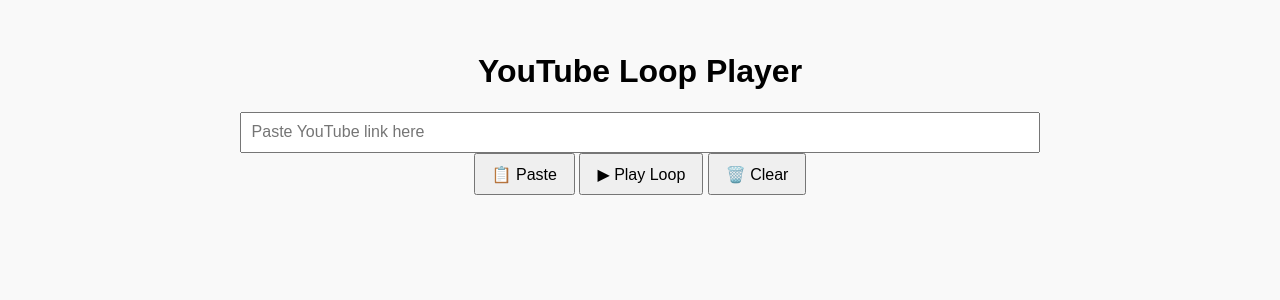
Repository: woojooin/youtubeloop
Page: index.html
An editor plug-in stored every save of this project. The page is shown before and after the next save, followed by the edit.
The browser window is 1280 px wide. The pictures show the whole page.

Above is the page before, as saved 2025-07-07 18:46:06.

### index.html
<!DOCTYPE html>
<html lang="en">

<head>
  <meta charset="UTF-8" />
  <meta name="viewport" content="width=device-width, initial-scale=1.0" />
  <title>YouTube Loop</title>
  <style>
    body {
      font-family: sans-serif;
      text-align: center;
      padding: 2rem;
      margin: 0;
      background: #f9f9f9;
    }

    .container {
      max-width: 800px;
      margin: auto;
    }

    .input-row {
      display: flex;
      justify-content: center;
      gap: 0.5rem;
      flex-wrap: wrap;
    }

    input {
      flex: 1 1 60%;
      min-width: 200px;
      padding: 0.6rem;
      font-size: 1rem;
    }

    button {
      flex: 0 0 auto;
      padding: 0.6rem 1rem;
      font-size: 1rem;
    }

    iframe {
      margin-top: 1.5rem;
      width: 100%;
      aspect-ratio: 16 / 9;
      border: none;
    }
  </style>
</head>

<body>
  <div class="container">
    <h1>YouTube Loop Player</h1>

    <div class="input-row">
      <input type="text" id="ytUrl" placeholder="Paste YouTube link here" onkeypress="handleEnter(event)" />
    </div>

    <div class="button-row">
      <button onclick="pasteFromClipboard()">📋 Paste</button>
      <button onclick="handleLoop()">▶ Play Loop</button>
      <button onclick="clearInput()">🗑️ Clear</button>
    </div>

    <div id="playerContainer"></div>
  </div>

  <script>
    let currentVideoId = null;

    function extractVideoId(url) {
      try {
        const parsed = new URL(url);
        if (parsed.hostname.includes('youtu.be')) {
          return parsed.pathname.slice(1);
        }
        return parsed.searchParams.get('v');
      } catch {
        return null;
      }
    }

    function playVideo(videoId) {
      currentVideoId = videoId;

      // Show loading state
      const container = document.getElementById('playerContainer');
      container.innerHTML = `
        <div style="padding: 2rem; text-align: center; margin-top: 1rem;">
          <div style="display: inline-block; width: 40px; height: 40px; border: 4px solid #f3f3f3; border-top: 4px solid #007bff; border-radius: 50%; animation: spin 1s linear infinite;"></div>
          <p style="margin-top: 1rem;">동영상을 로딩 중...</p>
        </div>
        <style>
          @keyframes spin {
            0% { transform: rotate(0deg); }
            100% { transform: rotate(360deg); }
          }
        </style>
      `;

      // Create iframe with sound and autoplay directly
      const embedUrl = `https://www.youtube.com/embed/${videoId}?autoplay=1&loop=1&playlist=${videoId}`;

      const iframe = document.createElement('iframe');
      iframe.src = embedUrl;
      iframe.allow = "autoplay; encrypted-media";
      iframe.allowFullscreen = true;
      iframe.style.width = '100%';
      iframe.style.aspectRatio = '16 / 9';
      iframe.style.border = 'none';
      iframe.style.marginTop = '1.5rem';

      // Clear loading and add iframe
      container.innerHTML = '';
      container.appendChild(iframe);

      // Add mute/unmute button for mobile
      const audioButton = document.createElement('div');
      audioButton.style.cssText = 'text-align: center; margin-top: 1rem;';
      audioButton.innerHTML = `
        <button id="audioToggleBtn" onclick="toggleMute('${videoId}')"
                style="padding: 0.8rem 1.5rem; background: transparent; color: #dc3545; border: 2px solid #dc3545; border-radius: 6px; cursor: pointer; font-size: 0.9rem; font-weight: bold; transition: all 0.2s ease;">
          🔇 Sound OFF
        </button>
      `;
      container.appendChild(audioButton);

      // Always add ListenOnRepeat button
      const redirectButton = document.createElement('div');
      redirectButton.style.cssText = 'text-align: center; margin-top: 0.5rem;';
      redirectButton.innerHTML = `
        <button onclick="redirectToListenOnRepeat('${videoId}')"
                style="padding: 0.8rem 1.5rem; background: transparent; color: #007bff; border: 2px solid #007bff; border-radius: 6px; cursor: pointer; font-size: 0.9rem; font-weight: bold; transition: all 0.2s ease;">
          🔗 Try with ListenOnRepeat
        </button>
      `;
      container.appendChild(redirectButton);

      // Check for 'Video unavailable' message
      setTimeout(() => {
        try {
          const iframeDoc = iframe.contentDocument || iframe.contentWindow.document;
          if (iframeDoc && iframeDoc.body) {
            const bodyText = iframeDoc.body.textContent || iframeDoc.body.innerText || '';
            if (bodyText.includes('Video unavailable')) {
              console.log('Video unavailable detected, redirecting to ListenOnRepeat');
              redirectToListenOnRepeat(videoId);
            }
          }
        } catch (e) {
          // CORS error, but continue - video might be working
          console.log('CORS error during check, but video might be working');
        }
      }, 3000);
    }

    function toggleAudio(videoId) {
      // Create a new iframe without mute parameter
      const embedUrl = `https://www.youtube.com/embed/${videoId}?autoplay=1&loop=1&playlist=${videoId}`;

      const iframe = document.createElement('iframe');
      iframe.src = embedUrl;
      iframe.allow = "autoplay; encrypted-media";
      iframe.allowFullscreen = true;
      iframe.style.width = '100%';
      iframe.style.aspectRatio = '16 / 9';
      iframe.style.border = 'none';
      iframe.style.marginTop = '1.5rem';

      // Replace the current iframe
      const container = document.getElementById('playerContainer');
      const currentIframe = container.querySelector('iframe');
      if (currentIframe) {
        container.replaceChild(iframe, currentIframe);
      }

      // Update the button text and onclick - toggle to OFF
      const audioButton = document.getElementById('audioToggleBtn');
      if (audioButton) {
        audioButton.innerHTML = '🔇 Sound OFF';
        audioButton.style.color = '#dc3545';
        audioButton.style.borderColor = '#dc3545';
        audioButton.onclick = () => toggleMute(videoId);
      }
    }

    function toggleMute(videoId) {
      // Create a new iframe with mute parameter
      const embedUrl = `https://www.youtube.com/embed/${videoId}?autoplay=1&mute=1&loop=1&playlist=${videoId}`;

      const iframe = document.createElement('iframe');
      iframe.src = embedUrl;
      iframe.allow = "autoplay; encrypted-media";
      iframe.allowFullscreen = true;
      iframe.style.width = '100%';
      iframe.style.aspectRatio = '16 / 9';
      iframe.style.border = 'none';
      iframe.style.marginTop = '1.5rem';

      // Replace the current iframe
      const container = document.getElementById('playerContainer');
      const currentIframe = container.querySelector('iframe');
      if (currentIframe) {
        container.replaceChild(iframe, currentIframe);
      }

      // Update the button text and onclick - toggle to ON
      const audioButton = document.getElementById('audioToggleBtn');
      if (audioButton) {
        audioButton.innerHTML = '🔊 Sound ON';
        audioButton.style.color = '#28a745';
        audioButton.style.borderColor = '#28a745';
        audioButton.onclick = () => toggleAudio(videoId);
      }
    }

    function redirectToListenOnRepeat(videoId) {
      const url = `https://listenonrepeat.com/watch?v=${videoId}&autoplay=1`;
      window.location.href = url;
    }

    function handleLoop() {
      const url = document.getElementById('ytUrl').value.trim();
      handleLoopFromUrl(url);
    }

    function handleLoopFromUrl(url) {
      const videoId = extractVideoId(url);
      if (!videoId) {
        alert("Invalid YouTube URL");
        return;
      }

      playVideo(videoId);
    }

    function handleEnter(event) {
      if (event.key === "Enter") {
        handleLoop();
      }
    }

    function clearInput() {
      document.getElementById('ytUrl').value = '';
      document.getElementById('playerContainer').innerHTML = '';
      currentVideoId = null;
    }

    async function pasteFromClipboard() {
      try {
        const clipboardText = await navigator.clipboard.readText();
        if (clipboardText && extractVideoId(clipboardText)) {
          document.getElementById('ytUrl').value = clipboardText;
        } else {
          alert('클립보드에 유효한 YouTube 링크가 없습니다.');
        }
      } catch (error) {
        alert('클립보드에 접근할 수 없습니다. 수동으로 붙여넣기 해주세요.');
        console.log('Clipboard access denied:', error);
      }
    }

    window.onload = () => {
      const paramUrl = new URLSearchParams(window.location.search).get('url');
      if (paramUrl) {
        document.getElementById('ytUrl').value = paramUrl;
        handleLoopFromUrl(paramUrl);
      }
    };
  </script>
</body>

</html>

After the next save:
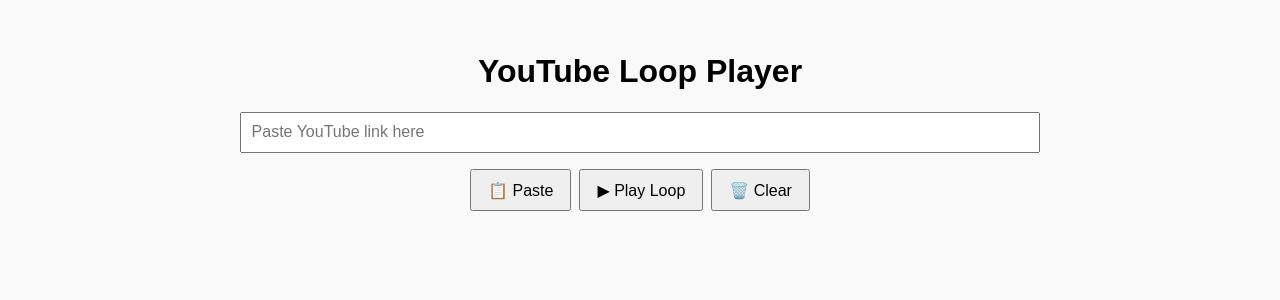
Saved 7 s later.
--- a/index.html
+++ b/index.html
@@ -24,6 +24,14 @@
       justify-content: center;
       gap: 0.5rem;
       flex-wrap: wrap;
+    }
+
+    .button-row {
+      display: flex;
+      justify-content: center;
+      gap: 0.5rem;
+      flex-wrap: wrap;
+      margin-top: 1rem;
     }
 
     input {
